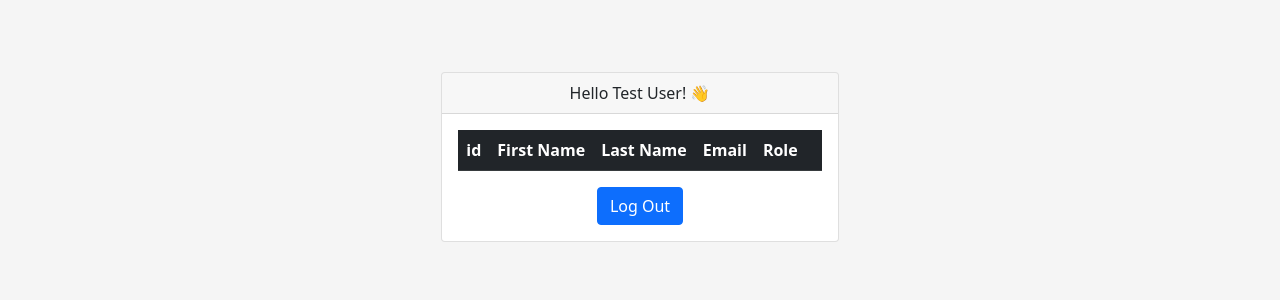
Repository: rabin-bhandari/LOGIN-SIGNUP
Page: http://localhost/welcome.php
An editor plug-in stored every save of this project. The page is shown before and after the next save, followed by the edit.
The browser window is 1280 px wide. The pictures show the whole page.
Some web libraries are served in a nearby version. The page is run by PHP 8.4 with error messages shown; the project is at /var/www/html/. The session is filled in as if someone had signed in: {"email": "test@example.com", "first_name": "Test User", "last_name": "Test User", "id": 1, "admin": 1}. Other server files are loaded and not shown. Queries for data that is not in the repository find no rows.

Above is the page before, as saved 2022-03-27 23:43:31.

### welcome.php
<?php

session_start();
include "connection.php";

if (isset($_SESSION['id']) && isset($_SESSION['email'])) {
?>
  <!DOCTYPE html>
  <html lang="en">

  <head>
    <!-- Required meta tags -->
    <meta charset="utf-8" />
    <meta name="viewport" content="width=device-width, initial-scale=1" />

    <!-- Bootstrap CSS -->
    <link href="https://cdn.jsdelivr.net/npm/bootstrap@5.1.3/dist/css/bootstrap.min.css" rel="stylesheet" integrity="sha384-1BmE4kWBq78iYhFldvKuhfTAU6auU8tT94WrHftjDbrCEXSU1oBoqyl2QvZ6jIW3" crossorigin="anonymous" />
    <link rel="stylesheet" href="https://cdnjs.cloudflare.com/ajax/libs/font-awesome/4.7.0/css/font-awesome.min.css">
    <link rel="stylesheet" href="main.css" />
    <title>Welcome</title>
  </head>
  <?php
  if ($_SESSION['admin'] == 1) {
  ?>

    <body>
      <div class="admin-container">
        <div class="card text-center">
          <div class="card-header">
            Hello <?php echo $_SESSION['first_name']; ?>! <span class="wave">👋</span>


          </div>
          <div class="card-body">

            <table class="table table-hover">
              <thead class="table-dark">
                <tr>
                  <th scope="col">id</th>
                  <th scope="col">First Name</th>
                  <th scope="col">Last Name</th>
                  <th scope="col">Email</th>
                  <th scope="col">Role</th>
                  <th scope="col"></th>
                </tr>
              </thead>
              <tbody>
                <?php
                $sql = "SELECT * FROM users";
                $result = mysqli_query($conn, $sql);
                while ($row_user = mysqli_fetch_array($result)) {
                  $id = $row_user['id'];
                  $first_name = $row_user['first_name'];
                  $last_name = $row_user['last_name'];
                  $email = $row_user['email'];
                  $admin = $row_user['admin'];

                ?>
                  <tr>
                    <th scope="row"><?php echo $id; ?></th>
                    <td><?php echo $first_name; ?></td>
                    <td><?php echo $last_name; ?></td>
                    <td><?php echo $email; ?></td>
                    <td><?php echo ($admin == 1) ? 'admin' : 'user'; ?></td>
                    <td>
                      <!-- Button trigger modal -->
                      <button class="btn btn-danger btn-sm" type="button" data-bs-toggle="modal" data-bs-target="#ModalCenter<?php echo $id; ?>"><i class="fa fa-pencil"></i></button>

                      <!-- Modal -->
                      <div class="modal fade" id="ModalCenter<?php echo $id; ?>" tabindex="-1" role="dialog" aria-labelledby="ModalCenterTitle" aria-hidden="true">
                        <div class="modal-dialog modal-dialog-centered" role="document">
                          <div class="modal-content">
                            <div class="modal-header">
                              <h5 class="modal-title" id="ModalCenterTitle">Edit User</b></h5>
                              <button type="button" class="close" data-bs-dismiss="modal" aria-label="Close">
                                <span aria-hidden="true">&times;</span>
                              </button>
                            </div>
                            <div class="modal-body">
                              <form id="edit-form" method="post" action="edit_user.php" class="needs-validation" novalidate>
                                <div class="row g-3 mb-3">
                                  <div class="col-md-6">
                                    <label for="first-name" class="form-label">First name</label>
                                    <input type="text" class="form-control" id="first-name" placeholder="<?php echo $first_name; ?>" disabled>
                                  </div>
                                  <div class="col-md-6">
                                    <label for="last-name" class="form-label">Last name</label>
                                    <input type="text" class="form-control" id="last-name" placeholder="<?php echo $last_name; ?>" disabled>
                                  </div>
                                </div>
                                <div class="row g-3 mb-3">
                                  <div class="col-md-7">
                                    <label for="email" class="form-label">Email</label>
                                    <input type="email" class="form-control" id="email" placeholder="<?php echo $email; ?>" disabled />
                                  </div>
                                  <div class="col-md-5 mb-3">
                                    <label for="role" class="form-label">Role</label>
                                    <select class="form-select" name="role" id="role" aria-describedby="validationServer04Feedback" required>
                                      <option selected value="<?php echo $admin; ?>"><?php echo ($admin == 1) ? 'Admin' : 'User'; ?></option>
                                      <option value="<?php echo ($admin == 1) ? 0 : 1; ?>"><?php echo ($admin == 0) ? 'Admin' : 'User'; ?></option>
                                    </select>
                                  </div>

                                </div>
                                <hr />
                                <div class="form-row">
                                  <p>Set New Password</p>
                                </div>
                                <div class="form-row">
                                  <div class="mb-3">
                                    <input type="password" class="form-control" name="newPass" id="newPass" name="newPass" placeholder="Enter Password" required />
                                  </div>
                                </div>
                                <div class="form-row">
                                  <div class="mb-3">
                                    <input type="password" class="form-control" name="newPass2" id="newPass2" name="newPass2" oninput="validate_edit_pw2(this)" placeholder="Re-Enter Password" required />
                                    <div class="invalid-feedback">
                                      Password's do not match!
                                    </div>
                                  </div>
                                </div>
                                <input type="hidden" id="id" name="id" value="<?php echo $id; ?>">
                                <button type="submit" class="btn btn-primary">Save changes</button>

                              </form>
                              <div class="modal-footer">
                                <button type="button" class="btn btn-danger" data-bs-dismiss="modal">Delete Account</button>
                              </div>
                            </div>

                          </div>
                        </div>
                      </div>
                    </td>


                  </tr>
                <?php } ?>
              </tbody>
            </table>
            <a href="logout.php" class="btn btn-primary">Log Out</a>
          </div>
        </div>
      </div>

    <?php
  } else {
    ?>

      <body>
        <div class="container">
          <div class="card text-center">
            <div class="card-header">
              WELCOME USER!
            </div>
            <div class="card-body">
              <h5 class="card-title">Hi <?php echo $_SESSION['first_name']; ?></h5>
              <p class="card-text">You've successfully logged in.</p>
              <a href="logout.php" class="btn btn-primary">Log Out</a>
            </div>
          </div>
        </div>
      <?php
    }
      ?>
      <script src="https://code.jquery.com/jquery-3.6.0.min.js" integrity="sha256-/xUj+3OJU5yExlq6GSYGSHk7tPXikynS7ogEvDej/m4=" crossorigin="anonymous"></script>
      <script src="https://cdn.jsdelivr.net/npm/jquery-validation@1.19.3/dist/jquery.validate.min.js"></script>
      <script src="https://cdn.jsdelivr.net/npm/@popperjs/core@2.10.2/dist/umd/popper.min.js" integrity="sha384-7+zCNj/IqJ95wo16oMtfsKbZ9ccEh31eOz1HGyDuCQ6wgnyJNSYdrPa03rtR1zdB" crossorigin="anonymous"></script>
      <script src="https://cdn.jsdelivr.net/npm/bootstrap@5.1.3/dist/js/bootstrap.min.js" integrity="sha384-QJHtvGhmr9XOIpI6YVutG+2QOK9T+ZnN4kzFN1RtK3zEFEIsxhlmWl5/YESvpZ13" crossorigin="anonymous"></script>
      <script src="validation.js"></script>
      </body>

  </html>

<?php
} else {
  header("Location: index.php");
  exit();
}

?>

### connection.php
<?php

$sname = "localhost";
$uname = "root";
$password = "";
$db_name = "LOGIN-SIGNUP";

$conn = mysqli_connect($sname, $uname, $password, $db_name);

if (!$conn) {
    echo "Connection failed";
}

### main.css
body {
  display: flex;
  justify-content: center;
  align-items: center;
  padding-top: 10vh;
  background-color: #f5f5f5;
}

.container {
  display: table;
  max-width: 50vw;
  margin: 50px auto;
}

.nav-tabs .nav-link {
  margin-bottom: -2px;
}

form {
  padding: 30px;
  background-color: #fff;
}

### validation.js
(function () {
  "use strict";

  // Fetch all the forms we want to apply custom Bootstrap validation styles to
  var forms = document.querySelectorAll(".needs-validation");

  // Loop over them and prevent submission
  Array.prototype.slice.call(forms).forEach(function (form) {
    form.addEventListener(
      "submit",
      function (event) {
        if (!form.checkValidity()) {
          event.preventDefault();
          event.stopPropagation();
        }
        form.classList.add("was-validated");
      },
      false
    );
  });
})();

function validate_pw2(pw2) {
  if (pw2.value !== $("#validation1").val()) {
    pw2.setCustomValidity("invalid");
  } else {
    pw2.setCustomValidity(""); // is valid
  }
}

function validate_edit_pw2(pw2) {
  if (pw2.value !== $("#newPass").val()) {
    pw2.setCustomValidity("invalid");
  } else {
    pw2.setCustomValidity(""); // is valid
  }
}

After the next save:
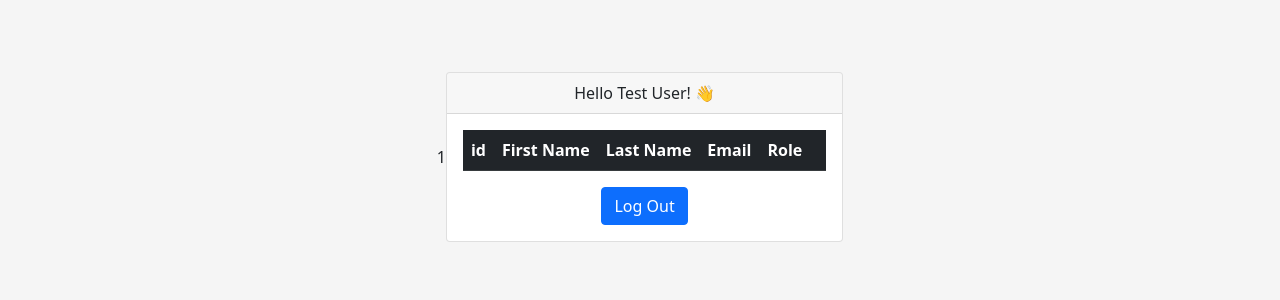
Saved 15 min 36 s later.
--- a/welcome.php
+++ b/welcome.php
@@ -19,7 +19,9 @@ if (isset($_SESSION['id']) && isset($_SESSION['email'])) {
     <link rel="stylesheet" href="main.css" />
     <title>Welcome</title>
   </head>
+
   <?php
+  echo $_SESSION['admin'];
   if ($_SESSION['admin'] == 1) {
   ?>
 
